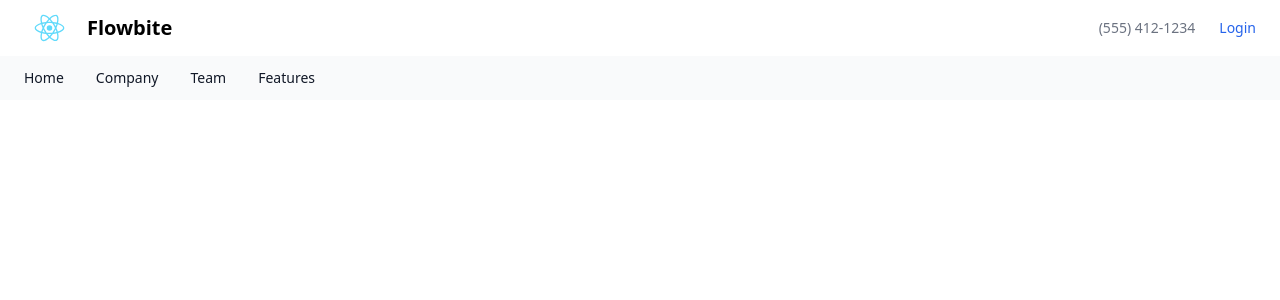
Repository: farrelmuhammad/arkademi-test
Page: /
These files come from the project's save history. The page is drawn as it stood at one moment and after the next save; the edit follows.
The browser window is 1280 px wide. The pictures show the whole page.
The project was rebuilt for these pictures with package versions that can differ from the ones it lists, and the page was loaded fresh each time. Also part of the build but not shown: src/App.css.

Above is the page before, as saved 2022-12-28 17:35:01.

### src/App.js
import logo from './logo.svg';
import './App.css';
import Home from './pages/Home';

function App() {
  return (
    <>
      <Home />
    </>
  );
}

export default App;

### src/pages/Home.jsx
import React from "react";
import Navbar from "../components/Navbar";

const Home = () => {
  return (
    <>
      <Navbar />
    </>
  );
};

export default Home;

### src/components/Navbar.jsx
import React from "react";
import Logo from "../assets/Logo.svg";

const Navbar = () => {
  return (
    <>
      <nav className="bg-white border-blue-500 dark:bg-blue-500">
        <div className="flex flex-wrap justify-between items-center mx-auto max-w-screen-xl px-4 md:px-6 py-2.5">
          <a href="https://flowbite.com" className="flex items-center">
            <img
              src={Logo}
              className="h-2 mr-3 sm:h-9"
              alt="Arkademi Logo"
            />
            <span className="self-center text-xl font-semibold whitespace-nowrap dark:text-white">
              Flowbite
            </span>
          </a>
          <div className="flex items-center">
            <a
              href="tel:5541251234"
              className="mr-6 text-sm font-medium text-gray-500 dark:text-white hover:underline"
            >
              (555) 412-1234
            </a>
            <a
              href="#"
              className="text-sm font-medium text-blue-600 dark:text-blue-500 hover:underline"
            >
              Login
            </a>
          </div>
        </div>
      </nav>
      <nav className="bg-gray-50 dark:bg-gray-700">
        <div className="max-w-screen-xl px-4 py-3 mx-auto md:px-6">
          <div className="flex items-center">
            <ul className="flex flex-row mt-0 mr-6 space-x-8 text-sm font-medium">
              <li>
                <a
                  href="#"
                  className="text-gray-900 dark:text-white hover:underline"
                  aria-current="page"
                >
                  Home
                </a>
              </li>
              <li>
                <a
                  href="#"
                  className="text-gray-900 dark:text-white hover:underline"
                >
                  Company
                </a>
              </li>
              <li>
                <a
                  href="#"
                  className="text-gray-900 dark:text-white hover:underline"
                >
                  Team
                </a>
              </li>
              <li>
                <a
                  href="#"
                  className="text-gray-900 dark:text-white hover:underline"
                >
                  Features
                </a>
              </li>
            </ul>
          </div>
        </div>
      </nav>
    </>
  );
};

export default Navbar;

Loaded but not shown: public/index.html (common file); src/index.js (common file); src/index.css (common file); src/reportWebVitals.js (common file); tailwind.config.js (common file)

After the next save:
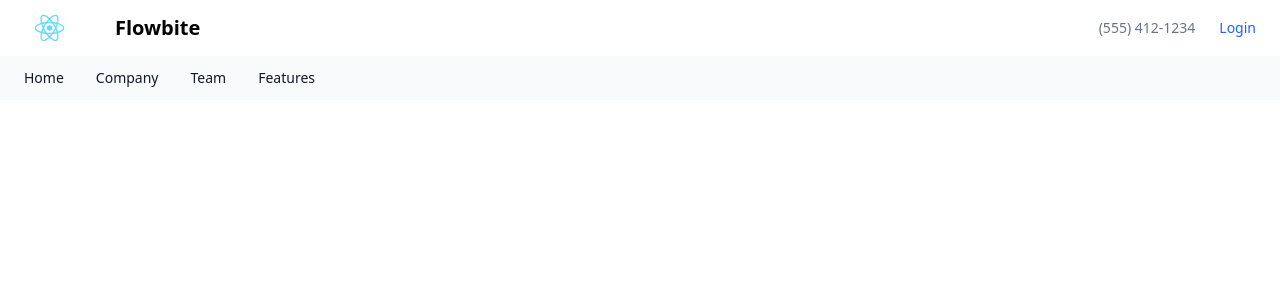
Saved 7 s later.
--- a/src/components/Navbar.jsx
+++ b/src/components/Navbar.jsx
@@ -9,7 +9,7 @@
           <a href="https://flowbite.com" className="flex items-center">
             <img
               src={Logo}
-              className="h-2 mr-3 sm:h-9"
+              className="h-2 mr-10 sm:h-9"
               alt="Arkademi Logo"
             />
             <span className="self-center text-xl font-semibold whitespace-nowrap dark:text-white">

After the save that followed:
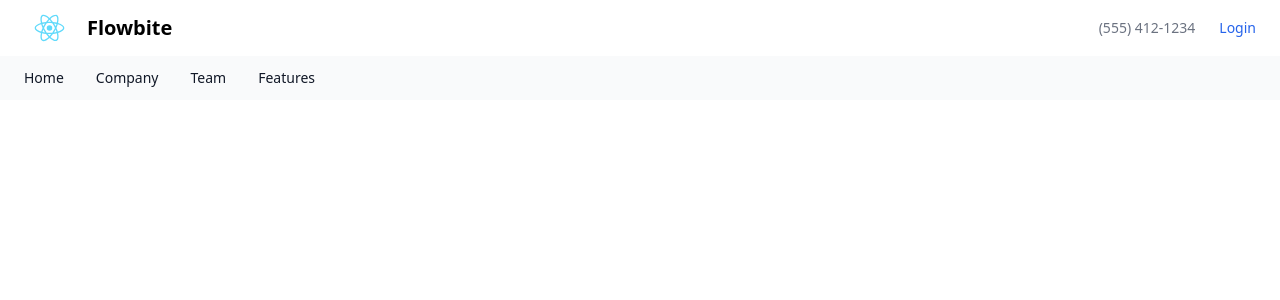
Saved 5 s later.
--- a/src/components/Navbar.jsx
+++ b/src/components/Navbar.jsx
@@ -9,7 +9,7 @@
           <a href="https://flowbite.com" className="flex items-center">
             <img
               src={Logo}
-              className="h-2 mr-10 sm:h-9"
+              className="h-6 mr-3 sm:h-9"
               alt="Arkademi Logo"
             />
             <span className="self-center text-xl font-semibold whitespace-nowrap dark:text-white">
